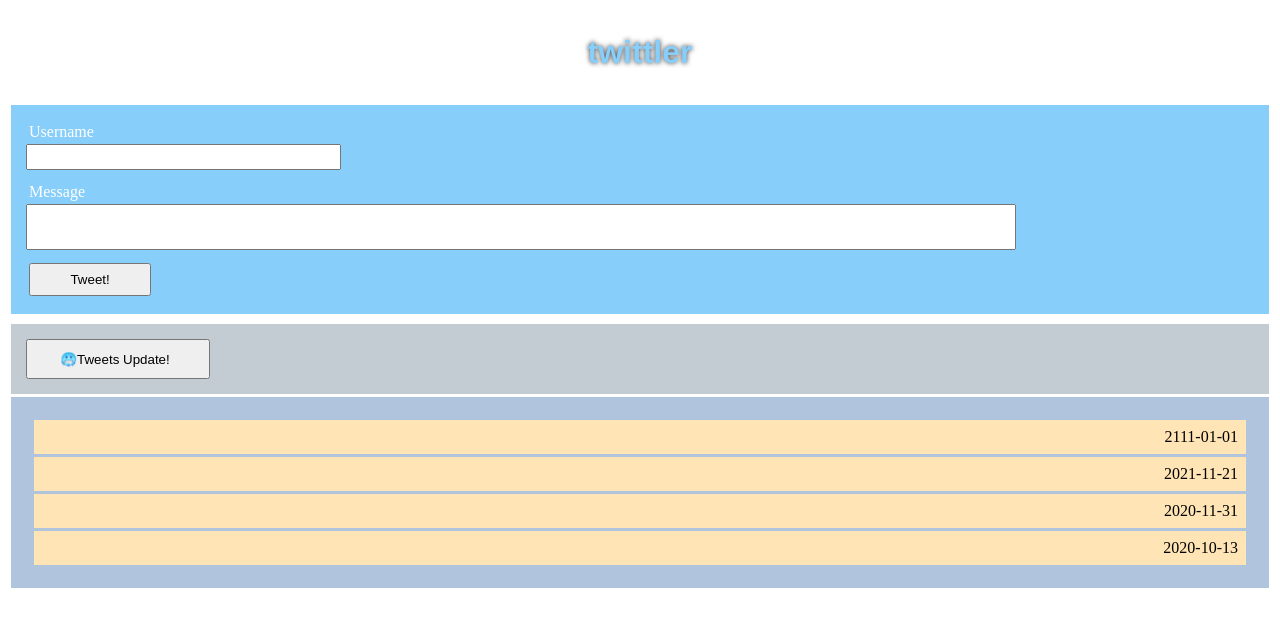
Repository: rlatlswo135/my_workstation
Page: im-sprint-twittler-master/index.html
The author's editor kept a copy of each file at every save. The page is drawn from the files as they stood at one save, then again after the next save.
The browser window is 1280 px wide. The pictures show the whole page.

Above is the page before, as saved 2021-05-27 15:15:45.
Console error: TypeError: Cannot set properties of null (setting 'innerHTML')

After the next save:
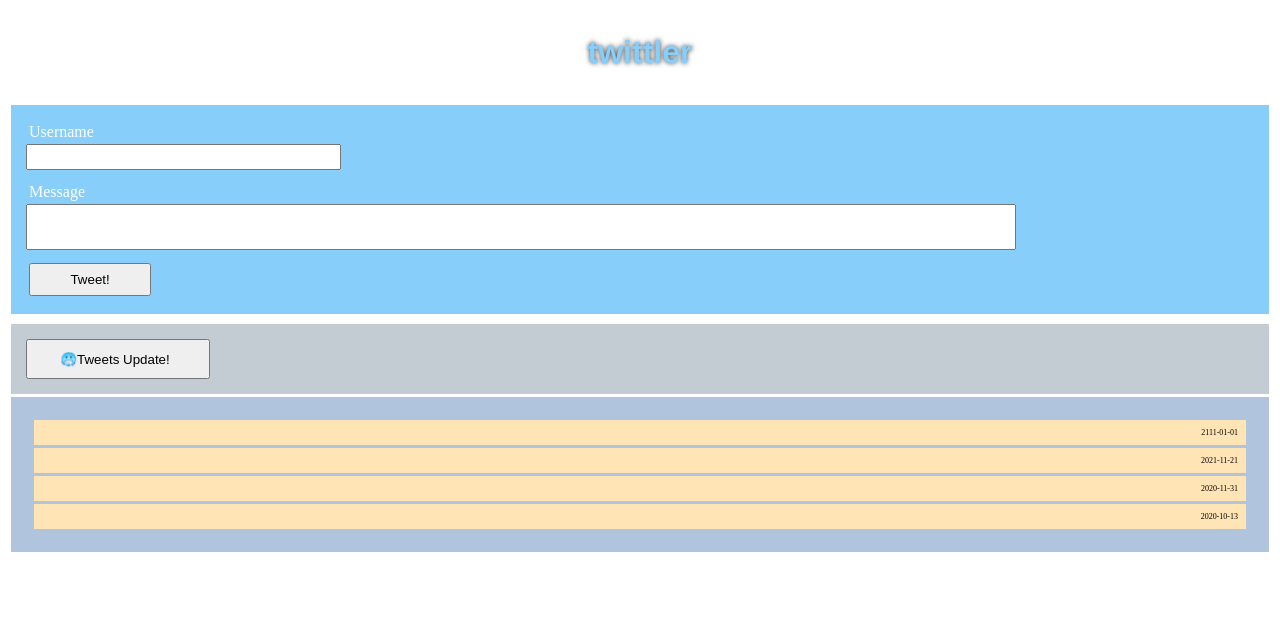
Saved 8 s later.
--- a/im-sprint-twittler-master/main.css
+++ b/im-sprint-twittler-master/main.css
@@ -62,4 +62,5 @@
 }
 .date {
   font-style: none;
+  font-size: 0.5rem;
 }
